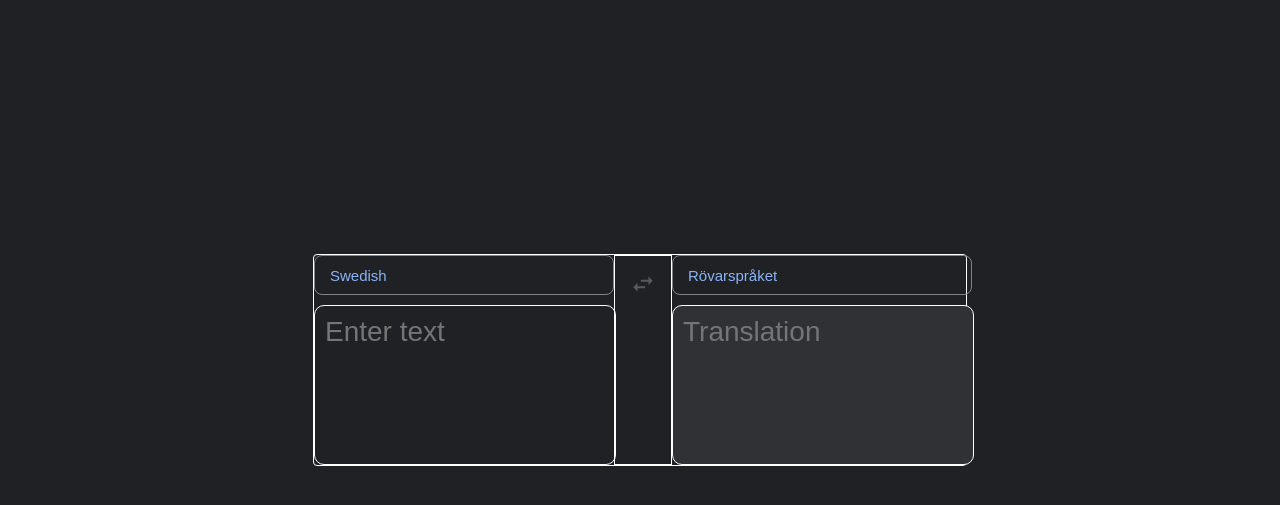
Repository: ShamroOoz/R-varspr-ket-Translator
Page: /
These files come from the project's save history. The page is drawn as it stood at one moment and after the next save; the edit follows.
The browser window is 1280 px wide. The pictures show the whole page.
The project was rebuilt for these pictures with package versions that can differ from the ones it lists, and the page was loaded fresh each time.

Above is the page before, as saved 2022-05-17 23:45:35.

After the next save:
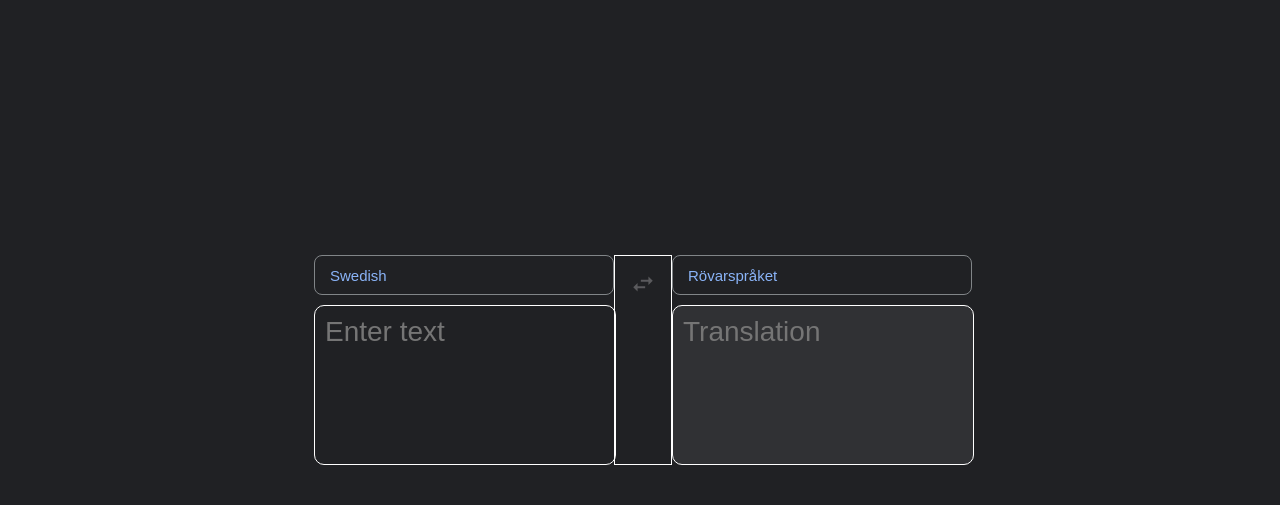
Saved 9 s later.
--- a/src/index.css
+++ b/src/index.css
@@ -15,7 +15,7 @@ body {
   display: flex;
   width: 652px;
   height: 210px;
-  border: 1px solid #fff;
+
   border-radius: 4px;
   margin: 10px;
 }
